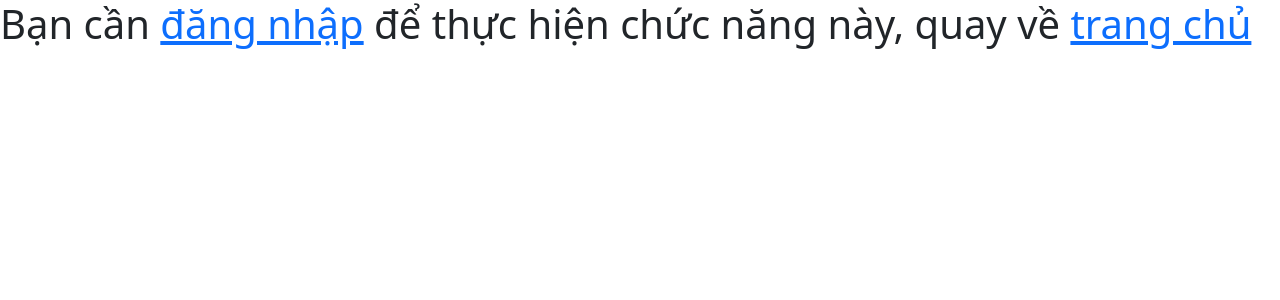
Repository: wuubangdev/bookstore-servlet-jsp
Page: http://localhost/Bai32_WebBanSach_/customer-page/change-password.jsp
These files come from the project's save history. The page is drawn as it stood at one moment and after a run of saves; the edit follows.
The browser window is 1280 px wide. The pictures show the whole page.
The page is served by Tomcat 9. Other server files are loaded and not shown.

Above is the page before, as saved 2024-03-24 12:44:25.

### Bai32_WebBanSach_/src/main/webapp/customer-page/change-password.jsp
<%@page import="model.Customer"%>
<%@ page language="java" contentType="text/html; charset=UTF-8"
    pageEncoding="UTF-8"%>
<!DOCTYPE html>
<html>
<head>
<meta charset="UTF-8">
<title>Thay đổi mật khẩu</title>
</head>
<link
	href="https://cdn.jsdelivr.net/npm/bootstrap@5.3.3/dist/css/bootstrap.min.css"
	rel="stylesheet">
<script
	src="https://cdn.jsdelivr.net/npm/bootstrap@5.3.3/dist/js/bootstrap.bundle.min.js">
</script>
<body>
<%
	String errMsg = request.getAttribute("errMgs")+"";
	errMsg = (errMsg.equals("null"))?"":errMsg;
	Customer customer = (Customer)session.getAttribute("customer");

%>
<%
	if(customer==null) {
%>
	<h1>Bạn cần <a href="login.jsp">đăng nhập</a> để thực hiện chức năng này, quay về <a href="../index.jsp">trang chủ</a></h1>
<%
	} else {
%>
<main class="form-signin" style="width: 720px; margin: auto; padding-top: 64px; text-align: center;">
 	<%if(errMsg.length() > 0) {%>
	<form class="regisForm" action="customer-controller" method="post">
		<input type="hidden" name="activity" value="login">
	<% } else { %>
	<form class="regisForm" action="../customer-controller" method="post">
		<input type="hidden" name="activity" value="login">
	<%}%>
    <div style="width: 100%;  center;">
	    <h1 class="h3 mb-3 fw-bold text-warning">Đổi mật khẩu</h1>
    	<h5 class="text-primary" ">Xin chào, <%=customer.getCustomerName()%>! Vui lòng nhập thông tin vào bên dưới.</h5>
    </div>
	<span style="font-style: italic; color: red"><%= errMsg%></span>
    <div class="form-floating">
      <input type="password" class="form-control" id="passwordOld" name="passwordOld" required>
      <label for="passwordOld">Mật khẩu cũ:</label>
    </div>
    <div class="form-floating mt-2">
      <input type="password" class="form-control" id="passwordNew" name="passwordNew" required>
      <label for="passwordNew">Mật khẩu mới:</label>
    </div>
    <div class="form-floating my-2">
      <input type="password" class="form-control" id="passwordReNew" name="passwordReNew" required>
      <label for="passwordReNew">Nhập lại mật khẩu mới:</label>
    </div>
    <button class="btn btn-primary w-100 py-2" type="submit">Đổi mật khẩu</button>
  </form>
</main>
<%}%>
</body>
</html>

After the next 2 saves:
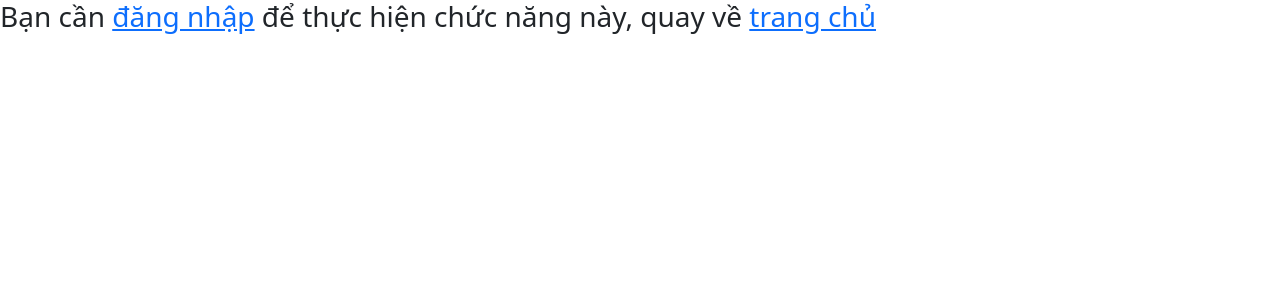
The 2 saves are shown as one change because they came seconds apart.
The last was saved 2 min 3 s later.
--- a/Bai32_WebBanSach_/src/main/webapp/customer-page/change-password.jsp
+++ b/Bai32_WebBanSach_/src/main/webapp/customer-page/change-password.jsp
@@ -1,6 +1,6 @@
 <%@page import="model.Customer"%>
 <%@ page language="java" contentType="text/html; charset=UTF-8"
-    pageEncoding="UTF-8"%>
+	pageEncoding="UTF-8"%>
 <!DOCTYPE html>
 <html>
 <head>
@@ -12,49 +12,69 @@
 	rel="stylesheet">
 <script
 	src="https://cdn.jsdelivr.net/npm/bootstrap@5.3.3/dist/js/bootstrap.bundle.min.js">
+
 </script>
 <body>
-<%
-	String errMsg = request.getAttribute("errMgs")+"";
-	errMsg = (errMsg.equals("null"))?"":errMsg;
-	Customer customer = (Customer)session.getAttribute("customer");
-
-%>
-<%
-	if(customer==null) {
-%>
-	<h1>Bạn cần <a href="login.jsp">đăng nhập</a> để thực hiện chức năng này, quay về <a href="../index.jsp">trang chủ</a></h1>
-<%
+	<%
+	String errMsg = request.getAttribute("errMgs") + "";
+	errMsg = (errMsg.equals("null")) ? "" : errMsg;
+	Customer customer = (Customer) session.getAttribute("customer");
+	%>
+	<%
+	if (customer == null) {
+	%>
+	<h3>
+		Bạn cần <a href="login.jsp">đăng nhập</a> để thực hiện chức năng này,
+		quay về <a href="../index.jsp">trang chủ</a>
+	</h3>
+	<%
 	} else {
-%>
-<main class="form-signin" style="width: 720px; margin: auto; padding-top: 64px; text-align: center;">
- 	<%if(errMsg.length() > 0) {%>
-	<form class="regisForm" action="customer-controller" method="post">
-		<input type="hidden" name="activity" value="login">
-	<% } else { %>
-	<form class="regisForm" action="../customer-controller" method="post">
-		<input type="hidden" name="activity" value="login">
-	<%}%>
-    <div style="width: 100%;  center;">
-	    <h1 class="h3 mb-3 fw-bold text-warning">Đổi mật khẩu</h1>
-    	<h5 class="text-primary" ">Xin chào, <%=customer.getCustomerName()%>! Vui lòng nhập thông tin vào bên dưới.</h5>
-    </div>
-	<span style="font-style: italic; color: red"><%= errMsg%></span>
-    <div class="form-floating">
-      <input type="password" class="form-control" id="passwordOld" name="passwordOld" required>
-      <label for="passwordOld">Mật khẩu cũ:</label>
-    </div>
-    <div class="form-floating mt-2">
-      <input type="password" class="form-control" id="passwordNew" name="passwordNew" required>
-      <label for="passwordNew">Mật khẩu mới:</label>
-    </div>
-    <div class="form-floating my-2">
-      <input type="password" class="form-control" id="passwordReNew" name="passwordReNew" required>
-      <label for="passwordReNew">Nhập lại mật khẩu mới:</label>
-    </div>
-    <button class="btn btn-primary w-100 py-2" type="submit">Đổi mật khẩu</button>
-  </form>
-</main>
-<%}%>
+	%>
+	<main class="form-signin"
+		style="width: 720px; margin: auto; padding-top: 64px; text-align: center;">
+		<%
+		if (errMsg.length() > 0) {
+		%>
+		<form class="regisForm" action="customer-controller" method="post">
+			<input type="hidden" name="activity" value="login">
+			<%
+			} else {
+			%>
+			<form class="regisForm" action="../customer-controller" method="post">
+				<input type="hidden" name="activity" value="login">
+				<%
+				}
+				%>
+				<div style="width: 100%;">
+					<h1 class="h3 mb-3 fw-bold text-warning">Đổi mật khẩu</h1>
+					<h5 class="text-primary"">
+						Xin chào,
+						<%=customer.getCustomerName()%>! Vui lòng nhập thông tin vào bên
+						dưới.
+					</h5>
+				</div>
+				<span style="font-style: italic; color: red"><%=errMsg%></span>
+				<div class="form-floating">
+					<input type="password" class="form-control" id="passwordOld"
+						name="passwordOld" required> <label for="passwordOld">Mật
+						khẩu cũ:</label>
+				</div>
+				<div class="form-floating mt-2">
+					<input type="password" class="form-control" id="passwordNew"
+						name="passwordNew" required> <label for="passwordNew">Mật
+						khẩu mới:</label>
+				</div>
+				<div class="form-floating my-2">
+					<input type="password" class="form-control" id="passwordReNew"
+						name="passwordReNew" required> <label for="passwordReNew">Nhập
+						lại mật khẩu mới:</label>
+				</div>
+				<button class="btn btn-primary w-100 py-2" type="submit">Đổi
+					mật khẩu</button>
+			</form>
+	</main>
+	<%
+	}
+	%>
 </body>
 </html>
